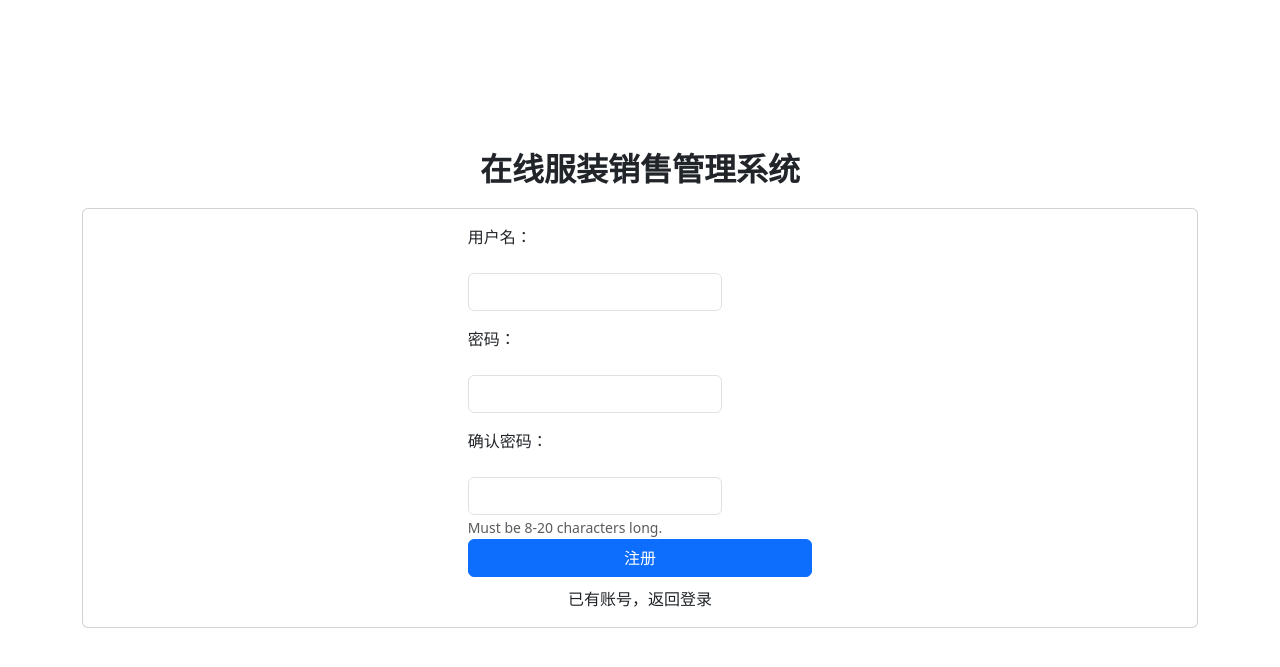
Repository: squawktop/CFS
Page: /user/register (app in web/)
The author's editor kept a copy of each file at every save. The page is drawn from the files as they stood at one save, then again after a run of saves.
The browser window is 1280 px wide. The pictures show the whole page.
The project was rebuilt for these pictures with package versions that can differ from the ones it lists, and the page was loaded fresh each time. Also part of the build but not shown: web/vue.config.js, web/src/views/LoginView.vue, web/src/components/NavBar.vue, web/src/views/HomeView.vue, web/src/views/UsersManageView.vue, web/src/views/PersonalCenterView.vue, web/src/views/GoodsManageView.vue, web/src/views/OrdersManageView.vue and 1 more.

Above is the page before, as saved 2024-03-23 18:41:33.

### web/src/App.vue
<template>
  <RouterView></RouterView>
</template>

<script>


// 导入bootstrap
import "bootstrap/dist/css/bootstrap.min.css"
import "bootstrap/dist/js/bootstrap"
// import { ref } from "vue";

// import $ from 'jquery';
export default {
  components: {

  }
  ,
  setup() {
    // const user_id = ref("");
    // const username = ref("");
    // const password = ref("");

    // $.ajax({
    //   type: "get",
    //   url: "http://127.0.0.1:3000/user/getlist",
    //   success(resp) {
    //     user_id.value = resp[0].id;
    //     username.value = resp[0].username;
    //     password.value = resp[0].password;

    //   },
    //   error() {
    //     this.user_id = "error"
    //   }
    // })




    return {

    }
  }

}

</script>

<style></style>

### web/src/router/index.js
import { createRouter, createWebHistory } from 'vue-router'
// import HomeView from '../views/HomeView.vue'
import LoginView from '../views/LoginView.vue'
import RegisterView from '../views/RegisterView.vue'
import HomeView from '../views/HomeView.vue'
import UsersManageView from '../views/UsersManageView.vue'
import PersonalCenterView from '../views/PersonalCenterView.vue'
import GoodsManageView from '../views/GoodsManageView.vue'
import OrdersManageView from '../views/OrdersManageView.vue'
import NotFound from '../views/NotFoundView.vue'
import store from '@/store/index'

const routes = [
  {
    path: '/',
    name: 'home',
    component: HomeView,
    // redirect: "/user/register",
    meta: { //该页面是否需要授权      //随便写， 也可以设置为   flag : true;
      requestAuth: true,
    }
  },

  {
    path: '/user/login',
    name: 'user_login',
    component: LoginView,
    meta: {
      requestAuth: false,
    }
  },

  {
    path: '/user/register',
    name: 'user_register',
    component: RegisterView,
    meta: { //该页面是否需要授权
      requestAuth: false,
    }
  },
  {
    path: '/user/personalcenter',
    name: 'personal_center',
    component: PersonalCenterView,
    meta: { //该页面是否需要授权
      requestAuth: true,
    }
  },

  {
    path: '/user/usermanage',
    name: 'user_manage',
    component: UsersManageView,
    meta: { //该页面是否需要授权
      requestAuth: true,
    }
  }
  ,
  {
    path: '/goods/manage',
    name: 'goods_manage',
    component: GoodsManageView,
    meta: { //该页面是否需要授权
      requestAuth: true,
    }
  }, {
    path: '/orders/manage',
    name: 'orders_manage',
    component: OrdersManageView,
    meta: { //该页面是否需要授权
      requestAuth: true,
    }
  },


  {
    path: "/404/",
    name: "404",
    component: NotFound
  },
  {
    path: "/:catchAll(.*)",
    redirect: "/404/",  //页面重定向到404
  }
]

const router = createRouter({
  history: createWebHistory(),
  routes
})

router.beforeEach((to, from, next) => {
  if (to.meta.requestAuth && !store.state.user.is_login) {
    next({ name: "user_login" });
  } else {
    next();
  }
})

export default router

### web/src/store/index.js
import { createStore } from 'vuex'
import ModuleUser from '@/store/user'

export default createStore({
  state: {
  },
  getters: {
  },
  mutations: {
  },
  actions: {
  },
  modules: {
    user: ModuleUser,
  }
})

### web/src/views/RegisterView.vue
<template>
    <div class="background">
        <h2>在线服装销售管理系统</h2>
        <ContentField>
            <div class="row justify-content-md-center">
                <div class="col-4">
                    <!--  -->
                    <form @submit.prevent="register">
                        <!-- <div class="mb-3">
                            <label for="username" class="form-label">用户名</label>
                            <input v-model="username" type="text" class="form-control" id="username"
                                placeholder="请输入用户名" />
                        </div>
                        <div class="mb-3">
                            <label for="password" class="form-label">密码</label>
                            <input v-model="password" type="password" class="form-control" id="password"
                                placeholder="请输入密码" />
                        </div>
                        <div class="mb-3">
                            <label for="confirmedPassword" class="form-label">确认密码</label>
                            <input v-model="confirmedPassword" type="password" class="form-control"
                                id="confirmedPassword" placeholder="请再次输入密码" />
                        </div>
                        <div class="error-message">{{ error_message }} </div>
                        <button type="submit" class="btn btn-primary">注册</button>
                        <div class="tip" @click="loginview">已有账号，返回登录</div> -->

                        <div class="row g-3 align-items-center">
                            <div class="label-width">
                                <label for="username" class="form-label">用户名：</label>
                            </div>
                            <div class="col-sm-9">
                                <input type="text" id="username" class="form-control">
                            </div>

                            <div class="label-width">
                                <label for="password" class="form-label">密码：</label>
                            </div>
                            <div class="col-sm-9">
                                <input type="password" id="password" class="form-control">
                            </div>

                            <div class="label-width">
                                <label for="confirmedPassword" class="form-label">确认密码：</label>
                            </div>
                            <div class="col-sm-9">
                                <input type="password" id="confirmedPassword" class="form-control">
                                <span id="passwordHelpInline" class="form-text text-muted">
                                    Must be 8-20 characters long.
                                </span>
                            </div>
                        </div>

                        <button type="submit" class="btn btn-primary">注册</button>
                        <div class="tip" @click="loginview">已有账号，返回登录</div>



                    </form>
                </div>
            </div>
        </ContentField>
    </div>

</template>

<script>
import ContentField from "@/components/ContentField.vue";
import { ElMessage } from 'element-plus'
import { ref } from 'vue'
import router from "@/router/index";
import $ from 'jquery'

export default {
    components: {
        ContentField,
    },
    setup() {
        let username = ref('');
        let password = ref('');
        let confirmedPassword = ref('');
        let error_message = ref('');

        const register = () => {
            $.ajax({
                url: "http://127.0.0.1:3000/api/user/account/register/",
                type: "post",
                data: {
                    username: username.value,
                    password: password.value,
                    confirmedPassword: confirmedPassword.value,
                },
                success(resp) {
                    if (resp.error_message === 'success') {
                        ElMessage.success("注册成功，请登录");
                        router.push({ name: "user_login" });
                    } else {
                        error_message.value = resp.error_message;
                    }
                }
            })
        }

        const loginview = () => {
            router.push({ name: "user_login" });
        }

        return {
            username,
            password,
            confirmedPassword,
            error_message,
            register,
            loginview,
        }
    }
};
</script>

<style scoped>
h2 {

    text-align: center;
    margin-top: 150px;
    font-weight: bold;
}

button {
    width: 100%;
}

div.error-message {
    color: red;
}

.tip {
    cursor: pointer;
    text-align: center;
    margin-top: 10px;

}

.tip:hover {
    text-decoration: underline;
}

/* CSS */
.label-width {
    display: inline-block; /* 确保label不会换行 */
    min-width: 100px; /* 设置最小宽度，可以根据需要调整 */
}
</style>

### web/src/store/user.js
import router from '@/router';
import $ from 'jquery'
export default {
    state: {
        id: "",
        username: "",
        photo: "",
        token: "",
        is_login: false,
        pulling_info: true,
    },
    getters: {
    },
    mutations: {        //一般是用来修改数据的
        updateUser(state, user) {
            state.id = user.id;
            state.username = user.username;
            state.photo = user.photo;
            state.is_login = user.is_login;
        },
        updateToken(state, token) {
            state.token = token;
        },
        logout(state) {
            state.id = "";
            state.username = "";
            state.photo = "";
            state.token = "";
            state.is_login = false;
            router.push({ name: "user_login" });
        },
        updatePullingInfo(state, pulling_info) {
            state.pulling_info = pulling_info;
        },
    },

    actions: {

        login(context, data) {
            $.ajax({
                url: "http://127.0.0.1:3000/api/user/account/token/",
                type: "post",
                data: {
                    username: data.username,
                    password: data.password,
                },
                success(resp) {
                    if (resp.error_message === "success") {
                        localStorage.setItem("jwt_token", resp.token);
                        context.commit("updateToken", resp.token);
                        data.success(resp);
                    } else {
                        data.error(resp);
                    }
                },
                error(resp) {
                    data.error(resp)
                },
            });
        },
        getinfo(context, data) {
            $.ajax({
                url: "http://127.0.0.1:3000/api/user/account/info/",
                type: "get",
                headers: {
                    Authorization:
                        "Bearer " + context.state.token,
                },
                success(resp) {
                    if (resp.error_message === "success") {
                        // console.log(resp);
                        context.commit("updateUser", {
                            ...resp,
                            is_login: true,

                        });
                        data.success(resp);
                    } else {
                        data.success(resp);
                    }

                },
                error(resp) {
                    data.error(resp);
                },
            });

        },
        logout(context) {
            localStorage.removeItem("jwt_token");
            context.commit("logout")
        }
    },
    modules: {
    }
}

### web/src/components/ContentField.vue
<template>
    <div class="container content-field">
        <div class="card">
            <div class="card-body">
                <slot></slot>
            </div>
        </div>
    </div>
</template>

<script>
</script>

<style scoped>
div.content-field {
    margin-top: 20px;
}
</style>

Loaded but not shown: web/public/index.html (common file); web/src/main.js (common file)

After the next 2 saves:
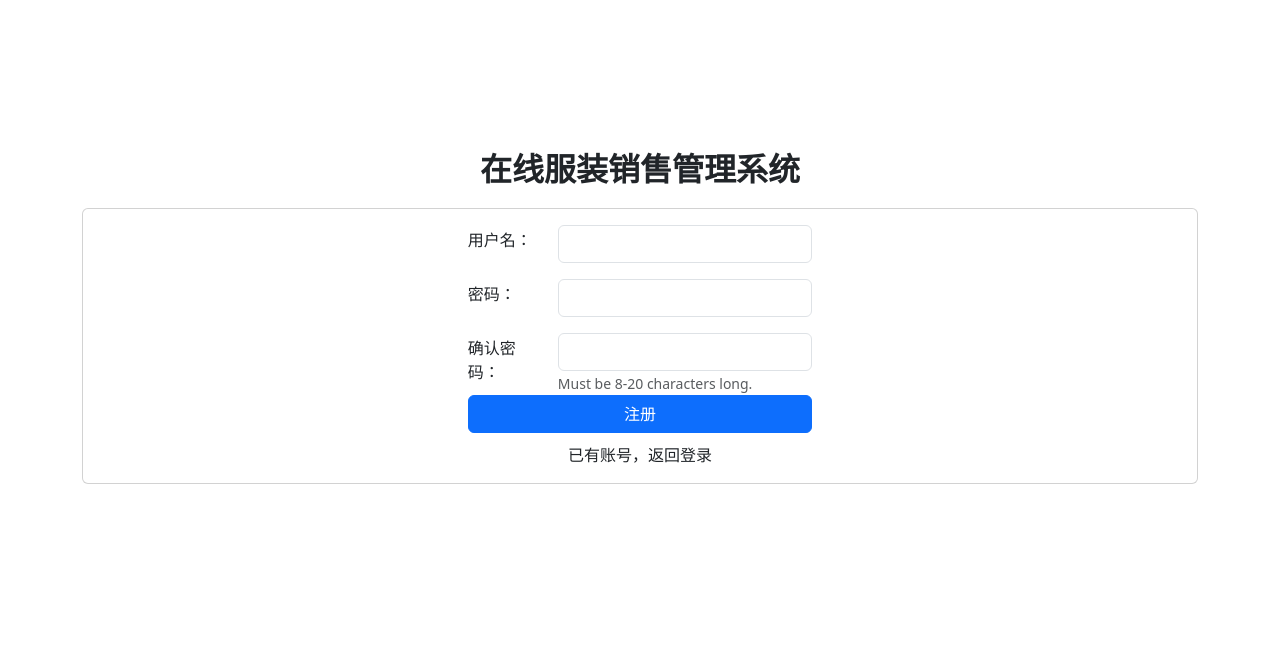
The 2 saves are shown as one change because they came seconds apart.
The last was saved 25 s later.
--- a/web/src/views/RegisterView.vue
+++ b/web/src/views/RegisterView.vue
@@ -26,21 +26,21 @@
                         <div class="tip" @click="loginview">已有账号，返回登录</div> -->
 
                         <div class="row g-3 align-items-center">
-                            <div class="label-width">
+                            <div class="col-sm-3">
                                 <label for="username" class="form-label">用户名：</label>
                             </div>
                             <div class="col-sm-9">
                                 <input type="text" id="username" class="form-control">
                             </div>
 
-                            <div class="label-width">
+                            <div class="col-sm-3">
                                 <label for="password" class="form-label">密码：</label>
                             </div>
                             <div class="col-sm-9">
                                 <input type="password" id="password" class="form-control">
                             </div>
 
-                            <div class="label-width">
+                            <div class="col-sm-3">
                                 <label for="confirmedPassword" class="form-label">确认密码：</label>
                             </div>
                             <div class="col-sm-9">
@@ -143,10 +143,4 @@ div.error-message {
 .tip:hover {
     text-decoration: underline;
 }
-
-/* CSS */
-.label-width {
-    display: inline-block; /* 确保label不会换行 */
-    min-width: 100px; /* 设置最小宽度，可以根据需要调整 */
-}
 </style>
